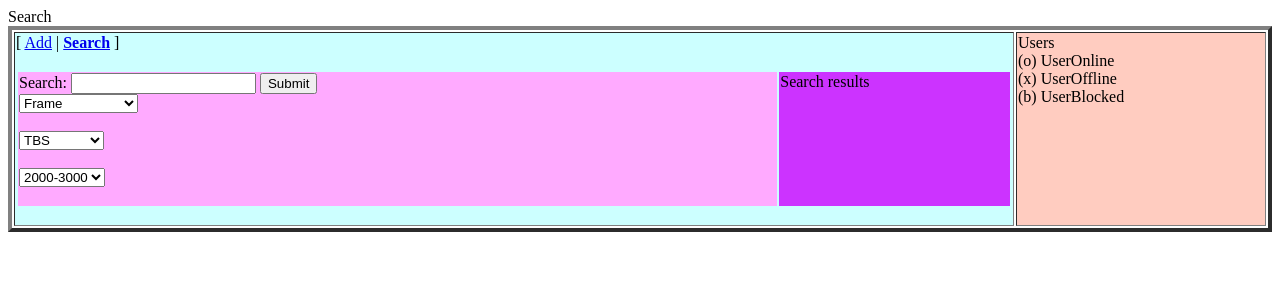
Repository: nevinleiby/SwapRC
Page: search_interface.html
The author's editor kept a copy of each file at every save. The page is drawn from the files as they stood at one save, then again after the next save.
The browser window is 1280 px wide. The pictures show the whole page.

Above is the page before, as saved 2019-09-08 01:32:50.

After the next save:
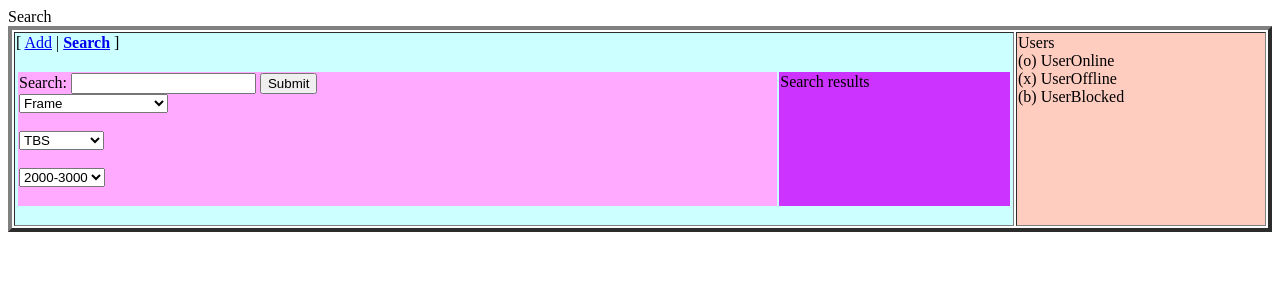
Saved 42 s later.
--- a/search_interface.html
+++ b/search_interface.html
@@ -36,8 +36,10 @@
                                             <option value = "pdb">PDB</option>
                                             <option value = "hardware">Hardware</option>
                                             <option value = "3d_print">3D Prints</option>
-                                            <option value = "goggles">Goggles</option>
-                                            <option value = "video_receivers">Video Receivers</option>
+                                            <option value = "goggles">FPV Goggles</option>
+                                            <option value = "video_monitors">FPV Video Monitors</option>
+                                            <option value = "video_receivers">FPV Video Receivers</option>
+
                                     </select>
                                     <br><br>
                                     <select name="manufacturer">
